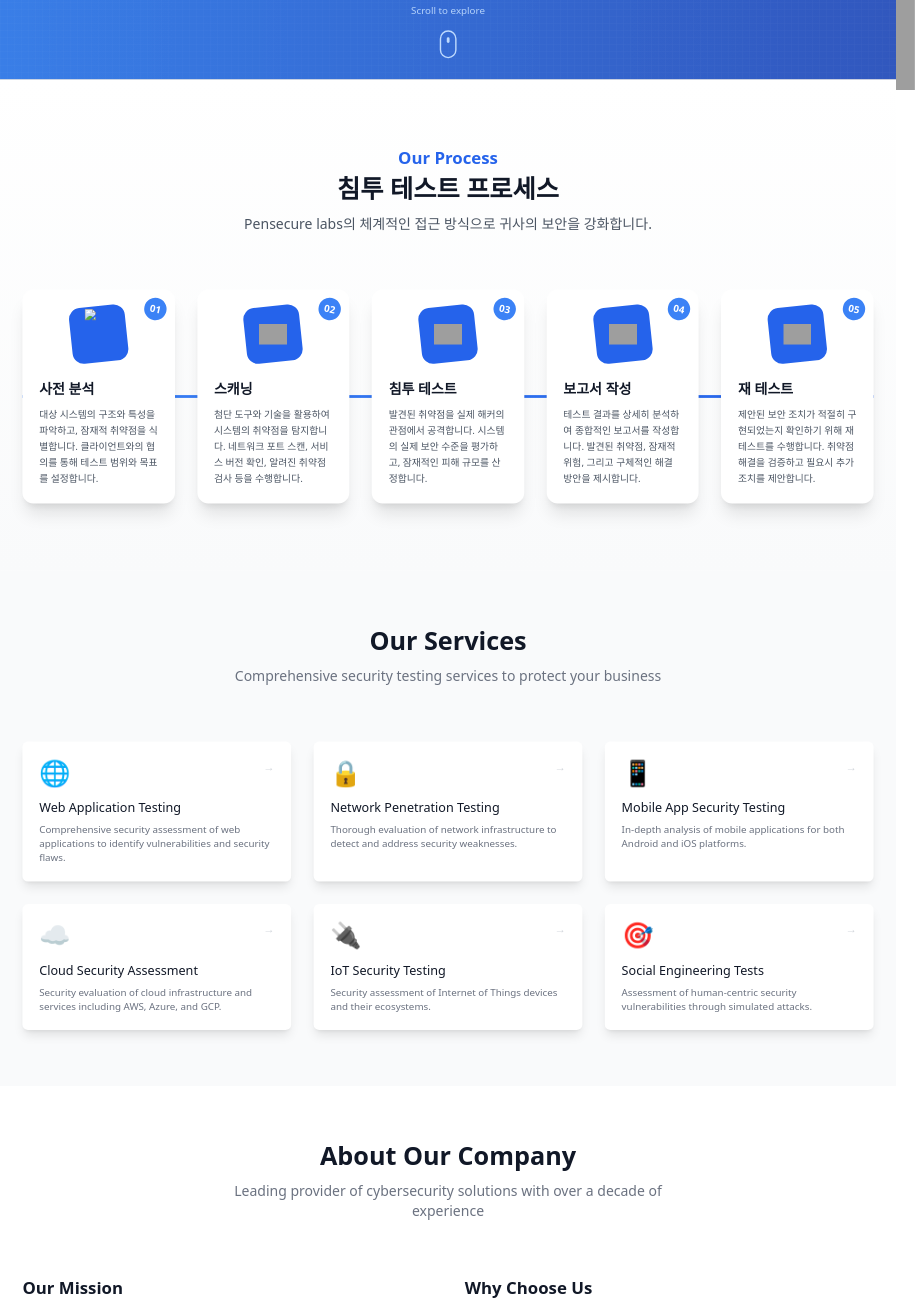
Repository: ZSayless/Penetration-test
Page: /
The author's editor kept a copy of each file at every save. The page is drawn from the files as they stood at one save, then again after the next save.
The browser window is 1280 px wide. The page is 1307 px wide, so the pictures cover 1307 px, including what lies to the right of the window. The pictures show the part of the page from y = 629 to 2509 px (the page is 4948 px tall before and 5021 px after), at 70% of full size.
Pictures or frames that could not be fetched are drawn as grey boxes. The project was rebuilt for these pictures with package versions that can differ from the ones it lists, and the page was loaded fresh each time. The framework's server and built-in components were replaced by stand-ins that run in the browser. Also part of the build but not shown: next.config.js.

Above is the page before, as saved 2024-12-04 14:18:52.

After the next save:
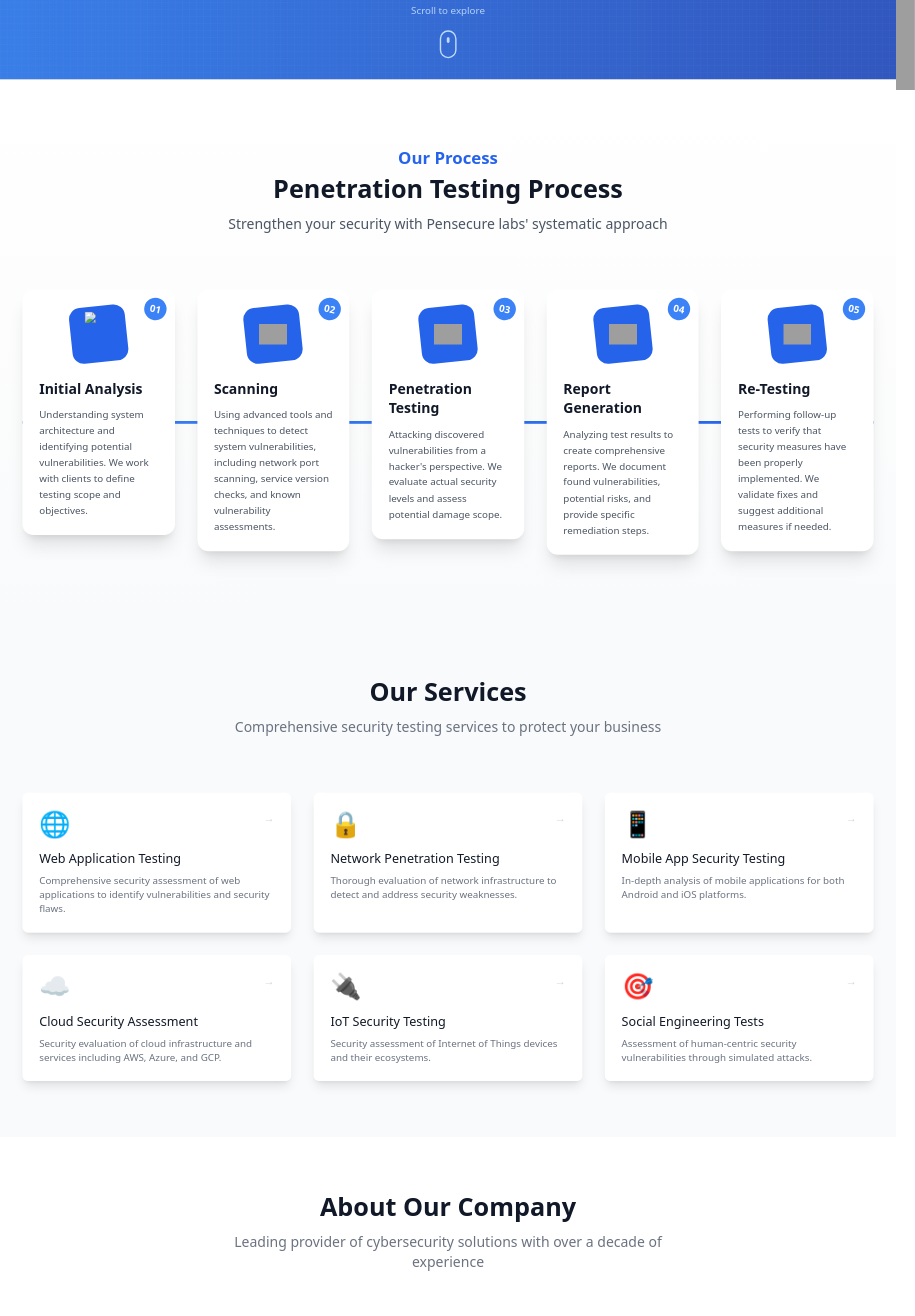
Saved 60 s later.
--- a/src/components/sections/Process.tsx
+++ b/src/components/sections/Process.tsx
@@ -6,32 +6,32 @@ import Image from 'next/image';
 const processes = [
   {
     id: "01",
-    title: "사전 분석",
-    description: "대상 시스템의 구조와 특성을 파악하고, 잠재적 취약점을 식별합니다. 클라이언트와의 협의를 통해 테스트 범위와 목표를 설정합니다.",
+    title: "Initial Analysis",
+    description: "Understanding system architecture and identifying potential vulnerabilities. We work with clients to define testing scope and objectives.",
     image: "/images/process/analysis.svg"
   },
   {
     id: "02",
-    title: "스캐닝",
-    description: "첨단 도구와 기술을 활용하여 시스템의 취약점을 탐지합니다. 네트워크 포트 스캔, 서비스 버전 확인, 알려진 취약점 검사 등을 수행합니다.",
+    title: "Scanning",
+    description: "Using advanced tools and techniques to detect system vulnerabilities, including network port scanning, service version checks, and known vulnerability assessments.",
     image: "/images/process/scanning.svg"
   },
   {
     id: "03",
-    title: "침투 테스트",
-    description: "발견된 취약점을 실제 해커의 관점에서 공격합니다. 시스템의 실제 보안 수준을 평가하고, 잠재적인 피해 규모를 산정합니다.",
+    title: "Penetration Testing",
+    description: "Attacking discovered vulnerabilities from a hacker's perspective. We evaluate actual security levels and assess potential damage scope.",
     image: "/images/process/testing.svg"
   },
   {
     id: "04",
-    title: "보고서 작성",
-    description: "테스트 결과를 상세히 분석하여 종합적인 보고서를 작성합니다. 발견된 취약점, 잠재적 위험, 그리고 구체적인 해결 방안을 제시합니다.",
+    title: "Report Generation",
+    description: "Analyzing test results to create comprehensive reports. We document found vulnerabilities, potential risks, and provide specific remediation steps.",
     image: "/images/process/report.svg"
   },
   {
     id: "05",
-    title: "재 테스트",
-    description: "제안된 보안 조치가 적절히 구현되었는지 확인하기 위해 재 테스트를 수행합니다. 취약점 해결을 검증하고 필요시 추가 조치를 제안합니다.",
+    title: "Re-Testing",
+    description: "Performing follow-up tests to verify that security measures have been properly implemented. We validate fixes and suggest additional measures if needed.",
     image: "/images/process/retest.svg"
   }
 ];
@@ -53,9 +53,9 @@ export default function Process() {
           className="text-center mb-20"
         >
           <h2 className="text-2xl font-semibold text-blue-600">Our Process</h2>
-          <h3 className="mt-2 text-4xl font-bold text-gray-900">침투 테스트 프로세스</h3>
+          <h3 className="mt-2 text-4xl font-bold text-gray-900">Penetration Testing Process</h3>
           <p className="mt-4 text-xl text-gray-600">
-            Pensecure labs의 체계적인 접근 방식으로 귀사의 보안을 강화합니다.
+            Strengthen your security with Pensecure labs' systematic approach
           </p>
         </motion.div>
 
